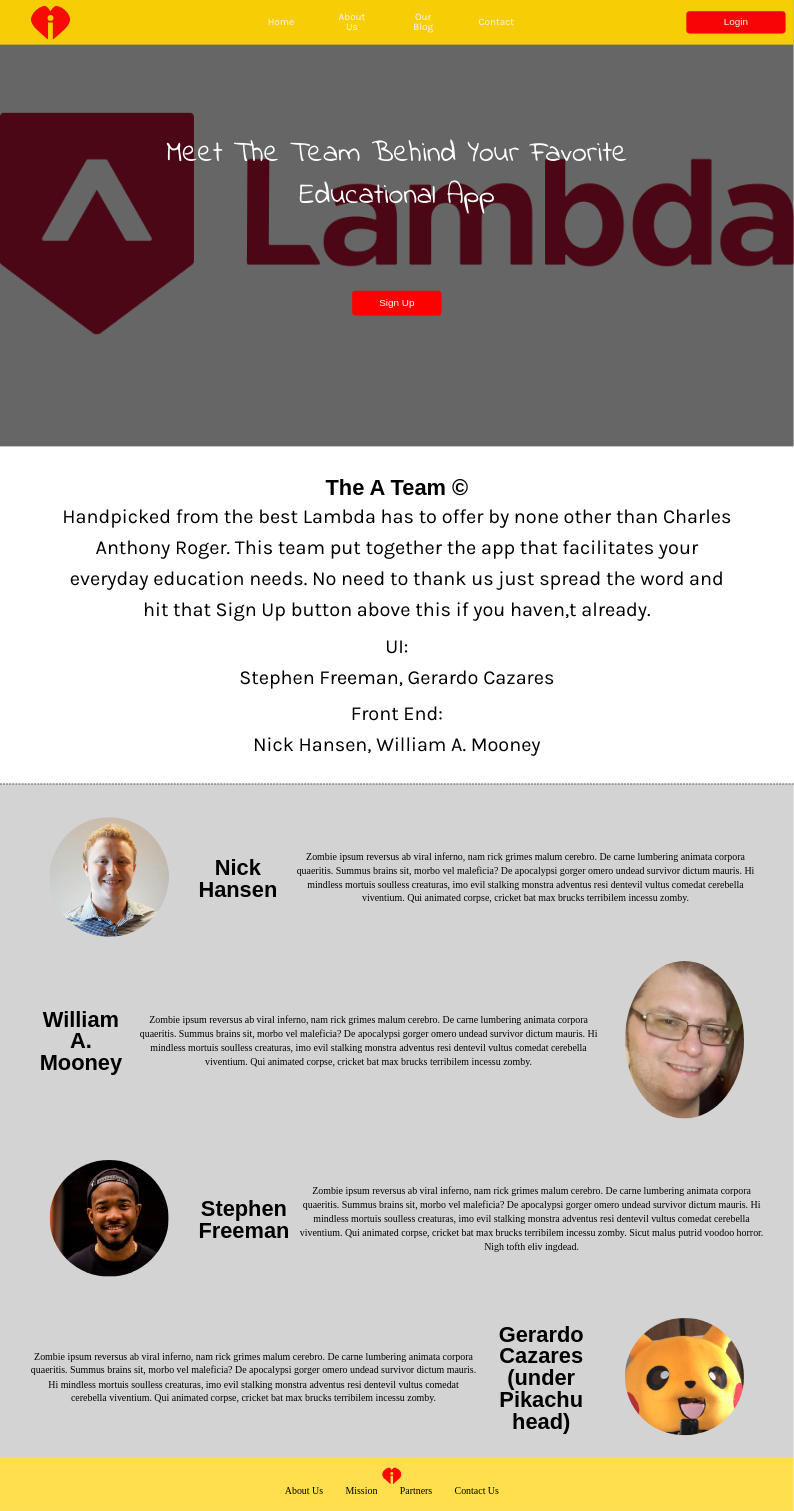
Repository: internationalrural-school-report/maketing-page
Page: about-us.html
An editor plug-in stored every save of this project. The page is shown before and after the next save, followed by the edit.
The browser window is 1280 px wide. The pictures show the whole page, at 62% of full size.
Backgrounds fixed to the window are drawn as part of the page.

Above is the page before, as saved 2019-08-29 19:57:51.

### about-us.html
<!DOCTYPE html>

<html lang="en">

<head>
  <meta charset="UTF-8" />
  <meta name="viewport" content="width=device-width, initial-scale=1" />

  <title>International Rural School Report</title>

  <link href="https://fonts.googleapis.com/css?family=Indie+Flower|Karla:400,700i&display=swap" rel="stylesheet">

  <link rel="stylesheet" href="about-us-marketing.css" />

</head>

<body>
  <div class="container">

    <!-- HEADER SECTION -->

    <header>
      <nav>
        <input type="checkbox" id="nav" class="hidden" />
        <label for="nav" class="nav-btn">
          <i></i>
          <i></i>
          <i></i>
        </label>
        <div class="header-button">
          <button>Login</button>
        </div>
        <div class="nav-wrapper">
          <ul>
            <li><a href="marketing.html">Home</a></li>
            <li><a href="about-us.html">About Us</a></li>
            <li><a href="#">Our Blog</a></li>
            <li><a href="#">Contact</a></li>
          </ul>
          <div class="header-button-mobile">
            <button>Login</button>
          </div>
        </div>
        <div class="main-logo">
          <img class="header-logo" src="Images/heart-icon.svg" alt="Our Companys logo." />
        </div>
      </nav>
    </header>

    <!-- CTA SECTION -->

    <section class="cta-container">
      <div class="color-overlay"></div>
      <div class="cta">
        <div class="cta-txt-container">
          <div class="cta-txt1">
            <p>
              Meet The Team Behind Your Favorite Educational App
            </p>
          </div>
          <div class="cta-txt2">

          </div>
          <button>Sign Up</button>
        </div>
      </div>
    </section>

    <!-- OUR TEAM -->

    <section class="team-container">
      <div class="team-text">
        <h2>The A Team ©</h1>
        <p>Handpicked from the best Lambda has to offer by none other than Charles Anthony Roger.
          This team put together the app that facilitates your everyday education needs. No need to thank us
          just spread the word and hit that Sign Up button above this if you haven,t already.
        </p>

        <p>
          UI: </br>Stephen Freeman, Gerardo Cazares
        </p>
        <p>
          Front End: </br> Nick Hansen, William A. Mooney
        </p>
      </div>
    </section>

    <!--OUR INFO-->
    <section class="team-members">
      <div class="first-member member">
          <div>
            <a href="https://github.com/Hansen-Nick"><img src="Images/Nick-Hansen.png" alt="Image of Nick Hansen"></a>
          </div>
        <h2>Nick Hansen</h2>
        <p>Zombie ipsum reversus ab viral inferno, nam rick grimes malum cerebro. De carne lumbering animata corpora quaeritis. Summus
            brains sit​​, morbo vel maleficia? De apocalypsi gorger omero undead survivor dictum mauris. Hi mindless mortuis soulless creaturas,
            imo evil stalking monstra adventus resi dentevil vultus comedat cerebella viventium. Qui animated corpse, cricket bat max brucks
            terribilem incessu zomby.
        </p>
      </div>
      <div class="second-member member">
        <h2>William A. Mooney</h2>
        <p>Zombie ipsum reversus ab viral inferno, nam rick grimes malum cerebro. De carne lumbering animata corpora quaeritis. Summus
          brains sit​​, morbo vel maleficia? De apocalypsi gorger omero undead survivor dictum mauris. Hi mindless mortuis soulless creaturas,
          imo evil stalking monstra adventus resi dentevil vultus comedat cerebella viventium. Qui animated corpse, cricket bat max brucks
          terribilem incessu zomby.
        </p>
        <div>
            <a href="https://github.com/ChristCenteredDev"><img  src="Images/Willam-Mooney.png" alt="Image of William A. Mooney"></a>
          </div>
      </div>
      <div class="third-member member">
        <div>
          <a href="https://github.com/Stephenfre"><img  src="Images/portrait.jpg" alt="Image of Stephen Freeman"></a>
        </div>
        <h2>Stephen Freeman</h2>
        <p>Zombie ipsum reversus ab viral inferno, nam rick grimes malum cerebro. De carne lumbering animata corpora quaeritis. Summus brains
           sit​​, morbo vel maleficia? De apocalypsi gorger omero undead survivor dictum mauris. Hi mindless mortuis soulless creaturas, imo evil
            stalking monstra adventus resi dentevil vultus comedat cerebella viventium. Qui animated corpse, cricket bat max brucks terribilem
            incessu zomby.  Sicut malus putrid voodoo horror. Nigh tofth eliv ingdead.
          </p>
      </div>
      <div class="fourth-member member">
          <p>Zombie ipsum reversus ab viral inferno, nam rick grimes malum cerebro. De carne lumbering animata corpora quaeritis. Summus brains
              sit​​, morbo vel maleficia? De apocalypsi gorger omero undead survivor dictum mauris. Hi mindless mortuis soulless creaturas, imo evil
               stalking monstra adventus resi dentevil vultus comedat cerebella viventium. Qui animated corpse, cricket bat max brucks terribilem
               incessu zomby.
             </p>
        <h2>Gerardo Cazares (under Pikachu head)</h2>
        <div>
            <a href="https://github.com/geedtd"><img  src="Images/me.png" alt="Image of Gerardo Cazares"></a>
        </div>
      </div>
    </section>

     <!---FOOTER-->
    <section class ="footer">
        <img class="footer-logo" src="Images/heart-icon.svg" alt="Our Companys logo." />
        <a href=""></br>About Us</a>
        <a href="">Mission</a>
        <a href="">Partners</a>
        <a href="">Contact Us</a>
    </section>

    </body>


  </div>
</body>

### about-us-marketing.css
/* http://meyerweb.com/eric/tools/css/reset/ 2. v2.0 | 20110126
  License: none (public domain)
*/

html, body, div,span,applet,object,iframe,h1,h2,h3,h4,h5,h6,p,blockquote,pre,a,abbr,acronym,
address,big,cite,code,del,dfn,em,img,ins,kbd,q,s,samp,small,strike,
strong,sub,sup,tt,var,b,u,i,center,dl,dt,dd,ol,ul,li,fieldset,
form,label,legend,table,caption,tbody,tfoot,thead,
tr,th,td,article,aside,canvas,details,embed,figure,
figcaption,footer,header,hgroup,menu,nav,output,ruby,section,summary,time,mark,audio,
video {
  margin: 0;
  padding: 0;
  border: 0;
  font-size: 100%;
  /* font: inherit; */
  vertical-align: baseline;
}
/* HTML5 display-role reset for older browsers */
article,
aside,
details,
figcaption,
figure,
footer,
header,
hgroup,
menu,
nav,
section {
  display: block;
}
body {
  line-height: 1;
}
ol,
ul {
  list-style: none;
}
blockquote,
q {
  quotes: none;
}
blockquote:before,
blockquote:after,
q:before,
q:after {
  content: "";
  content: none;
}
table {
  border-collapse: collapse;
  border-spacing: 0;
}

/* CSS STARTS HERE */


.container {
  width: 100%;
  height: 100%;
  margin: auto;
}

/* HEADER/NAV CSS STARTS HERE */


header {
  width: 100%;
  height: 10%;
  display: flex;
  flex-direction: row-reverse;
  justify-content: space-between;
  position: fixed;
  background-color: #ffd400;
  z-index: 9999;
  align-items: center;
  align-content: center;
  opacity: 0.95;
}

nav {
  display: flex;
  flex-direction: row-reverse;
  justify-content: space-evenly;
  align-items: center;
  width: 100%;
  height: 100%;
}

.nav-wrapper ul {
  display: flex;
  flex-direction: row;
  width: 100%;
  justify-content: center;
  align-items: center;
  width: 50%;
  height: 100%;
}

.nav-wrapper {
  height: 100%;
  width: 100%;
  display: flex;
  flex-direction: row;
  justify-content: center;
  align-items: center;
}

.nav-wrapper a {
  color: white;
  font-size: 20px;
  text-decoration: none;
  text-align: center;
  margin: 0 22px;
  display: flex;
  padding: 10px;
  font-size: 1rem;
  font-family: "Karla", sans-serif;
}

.nav-wrapper li {
  width: 30%;
  display: flex;
  justify-content: center;
}

header nav a:hover {
  border-bottom: 2px solid green;
  color: black;
}

header .img-logo {
  display: flex;
  flex-direction: column-reverse;
  margin-left: 30px;
}

.main-logo {
  display: flex;
  justify-content: center;
}

.header-logo {
  width: 40%;
}

.header-button {
  display: flex;
  justify-content: center;
  align-items: center;
  width: 20%;
}

.header-button button {
  padding: .5rem 3rem;
  width: 10rem;
  border-radius: 5px;
  text-align: center;
  background-color: red;
  color: white;
  border: 0.5px solid red;
  font-size: 1rem;
}

.hidden {
  display: none;
}

.header-button-mobile {
  display: none;
}

/* CTA CSS STARTS HERE */


.cta-container {
  background-color: white;
  display: flex;
  flex-direction: column;
  align-items: center;
  justify-content: center;
  width: 100%;
  height: 100vh;
  position: relative;
  bottom: 0px;
  margin: 0;
  background-image: url("Images/lambda-2.png");
  background-position: 50% 50%;
  background-size: contain ;
  background-repeat: no-repeat;
  background-attachment: fixed;
}

.color-overlay {
  width: 100%;
  height: 100%;
  background: #000;
  opacity: 0.6;
  position: absolute;
}

.cta {
  width: 100%;
  height: 100vh;
  display: flex;
  flex-direction: column;
  justify-content: center;
  align-items: center;
}

.cta-txt-container {
  text-align: center;
  position: absolute;
  display: flex;
  flex-direction: column;
  color: white;
  align-items: center;
  justify-content: center;
  height: 50%;
  width: 65%;
}

.cta-txt1 {
  font-size: 3rem;
  margin-bottom: 95px;
  font-family: "Indie Flower", cursive;
}

.cta-txt2 {
  font-size: 1.5rem;
  margin-bottom: 20px;
  font-family: "Karla", sans-serif;
}

.cta-txt-container button {
  padding: 10px 22px;
  width: 9rem;
  height: auto;
  border-radius: 5px;
  text-align: center;
  background-color: red;
  color: white;
  border: 0.5px solid red;
  font-size: 1rem;
}

.cta-txt-container button:hover {
  background-color: green;
  border: 0.5px solid green;
}

/* TEAM STATEMENT/INTRO CSS STARTS HERE */


.team-container {
  width: 100%;
  height: 100%;
  margin-top: 3rem;
  display: flex;
  flex-direction: column;
  justify-content: center;
  align-items: center;
}

.team-text {
  width: 85%;
  height: 100%;
  display: flex;
  flex-direction: column;
  justify-content: space-between;
}

h1 {
  font-family: "Indie Flower", cursive;
  font-size: 5rem;
  text-align: center;
}

.team-text p {
  font-family: "Karla", sans-serif;
  font-size: 2rem;
  text-align: center;
  line-height: 50px;
}

h2 {
    font-size: 2.2rem;
    margin-bottom: 15px;
    font-family: 'Nunito', sans-serif ;
    padding-left: 1rem;
    padding-right: 1rem;
    text-align: center;
    margin: auto;
  }

  p {
    line-height: 1.4;
    padding-bottom: 0.3rem;
    padding-top: 0.3rem;
    text-align: center;
    margin: auto;
  }

  img {
    padding-left: 1rem;
    padding-right: 1rem;
    border-radius: 100%;
    max-width: 12rem;
    height: auto;
    align-items: center;
    justify-content: center;
  }
.team-members {

  border-top: .1rem dashed black;
  margin-top: 2rem;
  background: lightgray;
  padding-top: 3rem;
  padding-left: 3rem;
  padding-right: 3rem;
  align-items: center;

}
.member {
    align-items: center;
}
.first-member {
  display: flex;
  flex-wrap: row wrap;
  padding-bottom: 0.3rem;
  padding-top: 0.3rem;
}

.second-member {
  display: flex;
  flex-wrap: row wrap;
  padding-bottom: 2rem;
  padding-top: 2rem;

}

.third-member {
  display: flex;
  flex-wrap: row wrap;
  padding-bottom: 2rem;
  padding-top: 2rem;
}

.fourth-member {
    display: flex;
    flex-wrap: row wrap;
    padding-bottom: 2rem;
    padding-top: 2rem;
  }


/* FOOTER CSS STARTS HERE */

.footer {
  text-align: center;
  padding-bottom: 1.5rem;
  padding-top: 1rem;
  padding-left: 3rem;
  padding-right: 3rem;
  background: rgb(255, 223, 78);
}
.footer a {
    text-decoration: none;
    color: black;
}
.footer-logo{
    width: 2rem;
    height: auto;
}
a {
  padding-left: 1rem;
  padding-right: 1rem;
}
@media (max-width: 1000px) {
    .footer {
        display: none;
    }
}
@media (max-width: 680px) {
    .team-members p {
        display: none;
    }

}

@media (max-width: 500px) {
  .container {
    width: 100%;
  }
  .footer {
    display: none;
}
  /* @media HEADER/NAV CSS HERE */

  .container header {
    width: 100%;
    display: flex;
    flex-direction: column-reverse;
    justify-content: center;
    align-items: center;

  }

  .nav-wrapper {
    position: fixed;
    top: 0;
    left: 0;
    width: 100%;
    height: 100%;
    z-index: -1;
    background: red;
    opacity: 0;
    transition: all 0.2s ease;
  }
  .header-logo {
      height: 3rem;
  }

  .nav-wrapper ul {
    position: absolute;
    top: 50%;
    transform: translateY(-50%);
    width: 100%;
  }
  .nav-wrapper ul li {
    display: block;
    float: none;
    width: 100%;
    text-align: center;
    margin-bottom: 10px;
  }

  .nav-wrapper ul li:nth-child(1) a {
    transition-delay: 0.2s;
  }

  .nav-wrapper ul li:nth-child(2) a {
    transition-delay: 0.3s;
  }

  .nav-wrapper ul li:nth-child(3) a {
    transition-delay: 0.4s;
  }

  .nav-wrapper ul li:nth-child(4) a {
    transition-delay: 0.5s;
  }

  .nav-wrapper ul li:not(:first-child) {
    margin-left: 0;
  }

  .nav-wrapper ul li a {
    padding: 10px 24px;
    opacity: 0;
    color: black;
    font-size: 14px;
    font-weight: 600;
    letter-spacing: 1.2px;
    transform: translateX(-20px);
    transition: transform 0.2s ease-out, opacity 0.2s ease-out;
  }

  .nav-wrapper ul li a:hover {
    color: #e4e4e4;
  }

  .nav-btn {
    position: fixed;
    right: 10px;
    top: 10px;
    display: block;
    width: 48px;
    height: 48px;
    cursor: pointer;
    z-index: 9999;
    border-radius: 50%;
  }

  .nav-btn i {
    display: block;
    width: 20px;
    height: 2px;
    background: #333;
    border-radius: 2px;
    margin-left: 14px;
  }

  .nav-btn i:nth-child(1) {
    margin-top: 16px;
  }
  .nav-btn i:nth-child(2) {
    margin-top: 4px;
    opacity: 1;
  }

  .nav-btn i:nth-child(3) {
    margin-top: 4px;
  }

  #nav:checked + .nav-btn {
    transform: rotate(45deg);
  }

  #nav:checked + .nav-btn i {
    background: #333;
    transition: transform 0.2s ease;
  }

  #nav:checked + .nav-btn i:nth-child(1) {
    transform: translateY(6px) rotate(180deg);
  }

  #nav:checked + .nav-btn i:nth-child(2) {
    opacity: 0;
  }

  #nav:checked + .nav-btn i:nth-child(3) {
    transform: translateY(-6px) rotate(90deg);
  }

  #nav:checked ~ .nav-wrapper {
    z-index: 9990;
    opacity: 1;
  }

  #nav:checked ~ .nav-wrapper ul li a {
    opacity: 1;
    transform: translateX(0);
  }

  .hidden {
    display: none;
  }

  .container header nav {
    display: flex;
    align-items: center;
    margin: 0;
    width: 100%;
  }

  .container header nav a {
    width: 100%;
    text-align: center;
    padding: 17px 0;
    font-size: 17px;
  }

  .container header .header-logo {
    display: flex;
    justify-content: flex-end;
    align-items: center;
    margin: 15px 0px;
  }

  .header-button {
    display: none;
  }

  .header-button-mobile {
    padding-top: 4rem;
    display: flex;
    text-align: center;
    width: 20%;
  }

  .header-button-mobile button {
    padding: 10px 22px;
    width: 10rem;
    border-radius: 5px;
    text-align: center;
    background-color: red;
    color: white;
    border: 0.5px solid red;
    font-size: 1rem;
  }

  /* CTA CSS STARTS HERE */


  .cta-container {
    background-color: white;
    display: flex;
    flex-direction: column;
    align-items: center;
    justify-content: center;
    width: 100%;
    height: 100vh;
    position: relative;
    bottom: 0px;
    margin: 0;
    background-image: url("Images/lambda-shield.png");
    background-position: 50% 50%;
    background-size: contain ;
    background-repeat: no-repeat;
    background-attachment: fixed;
  }

  .cta {
    width: 100%;
    height: 100%;
    display: flex;
    flex-direction: column;
    justify-content: center;
    align-items: center;
  }

  .cta-txt-container {
    text-align: center;
    position: absolute;
    display: flex;
    flex-direction: column;
    color: white;
    align-items: center;
    justify-content: space-evenly;
    height: 50%;
    width: 95%;
  }

  .cta-txt1 {
    font-size: 2rem;
    margin-bottom: none;
    font-family: "Indie Flower", cursive;
  }

  .cta-txt2 {
    font-size: 1.5rem;
    margin-bottom: none;
    font-family: "Karla", sans-serif;
  }

  .cta-txt-container button {
    padding: 10px 22px;
    width: 45%;
    height: auto;
    border-radius: 5px;
    text-align: center;
    background-color: red;
    color: white;
    border: solid red;
    font-size: 1.5rem;
  }

  .team-container {
    width: 100%;
    height: 75%;
    display: flex;
    flex-direction: column;
    justify-content: center;
    align-items: center;
  }

  .team-text {
    width: 90%;
    height: 100%;
    display: flex;
    flex-direction: column;
    justify-content: space-evenly;
  }

  h1 {
    font-family: "Indie Flower", cursive;
    font-size: 4rem;
    text-align: center;
  }

  .team-text p {
    font-family: "Karla", sans-serif;
    font-size: 1.3rem;
    text-align: center;
    line-height: 50px;
  }

  .second-member {
      direction: rtl;
  }

  .member {
      flex-direction: column;
      justify-content: center;
      text-align: center;
  }

  .team-members p {
    display: none;
}
.team-members :nth-child(2){
    flex-flow: column-reverse;
}
.team-members :last-child {
    flex-flow: column-reverse;
}

}

After the next save:
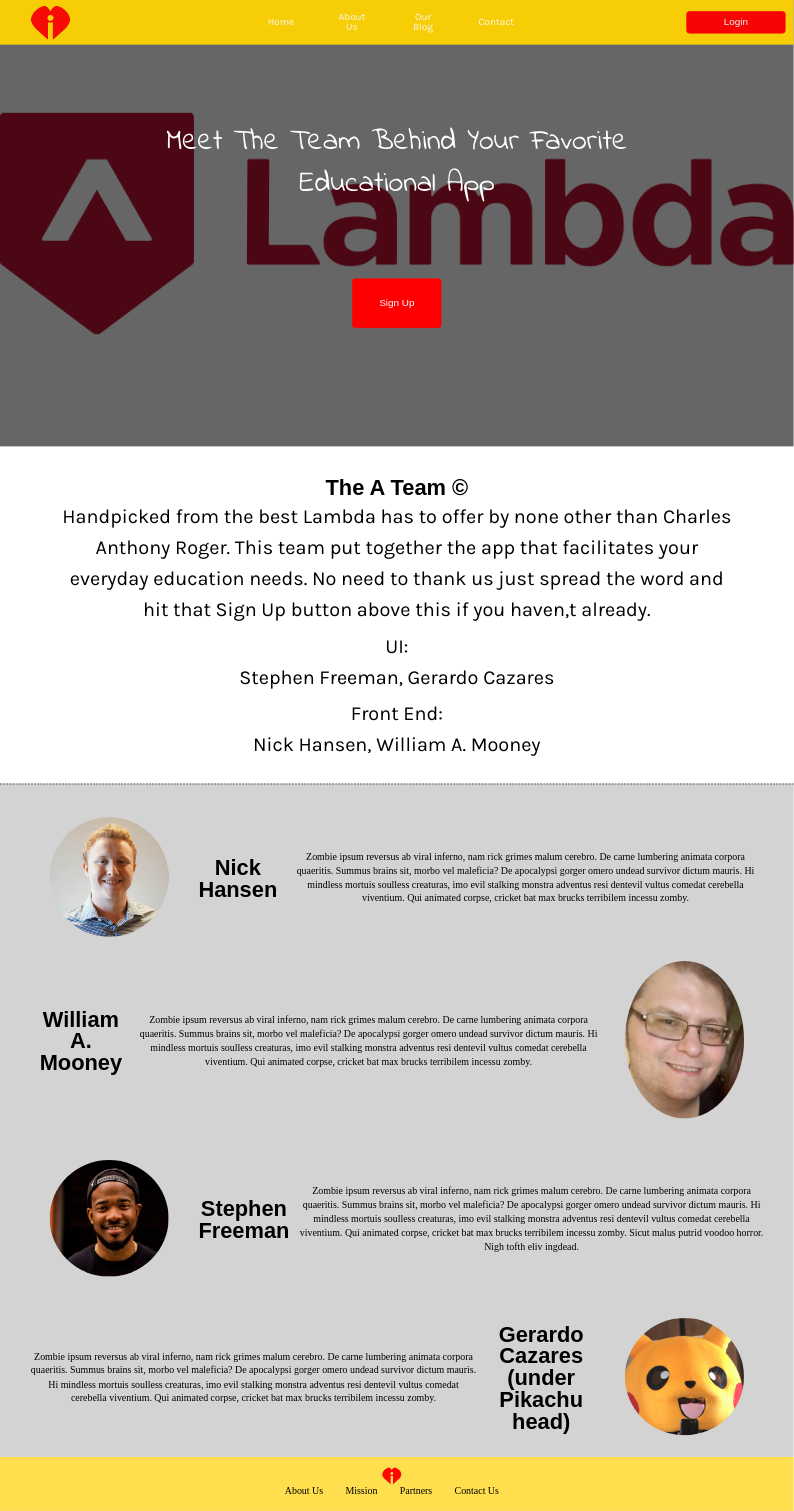
Saved 8 s later.
--- a/about-us-marketing.css
+++ b/about-us-marketing.css
@@ -236,7 +236,7 @@
 .cta-txt-container button {
   padding: 10px 22px;
   width: 9rem;
-  height: auto;
+  height: 5rem;
   border-radius: 5px;
   text-align: center;
   background-color: red;
